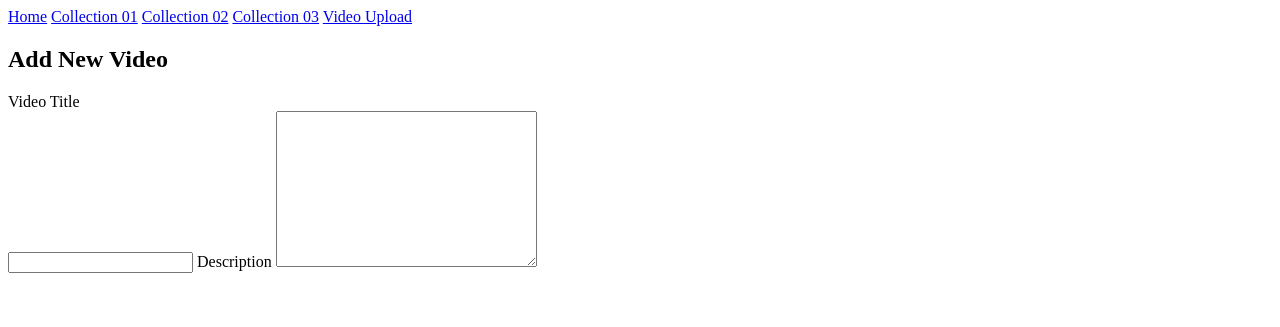
Repository: JoaoLemesDEV/Project-MyTube
Page: video_upload_page.html
These files come from the project's save history. The page is drawn as it stood at one moment and after the next save; the edit follows.
The browser window is 1280 px wide. The pictures show the whole page.

Above is the page before, as saved 2021-10-10 21:22:55.

### video_upload_page.html
<!DOCTYPE html>
<html lang="en">
<head>
  <meta charset="UTF-8">
  <meta http-equiv="X-UA-Compatible" content="IE=edge">
  <meta name="viewport" content="width=device-width, initial-scale=1.0">
  <title>My Ytube Website</title>
</head>
<body>
  <nav>
    <a href="/">Home</a>
    <a href="/collection1.html">Collection 01</a>
    <a href="/collection2.html">Collection 02</a>
    <a href="/collection3.html">Collection 03</a>
    <a href="/video_upload_page.html">Video Upload</a>
  </nav>
<h2>Add New Video</h2>

<label for="title">Video Title</label><br>
<input type="text" name="" id="">
<label for="description">Description</label>
<textarea name="" id="" cols="30" rows="10"></textarea>
</body>
<footer></footer>
</html>

After the next save:
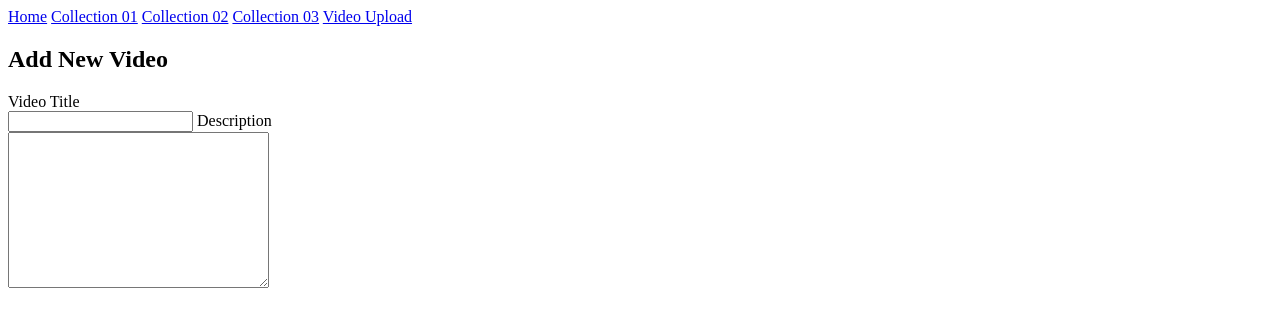
Saved 5 s later.
--- a/video_upload_page.html
+++ b/video_upload_page.html
@@ -18,7 +18,7 @@
 
 <label for="title">Video Title</label><br>
 <input type="text" name="" id="">
-<label for="description">Description</label>
+<label for="description">Description</label><br>
 <textarea name="" id="" cols="30" rows="10"></textarea>
 </body>
 <footer></footer>
